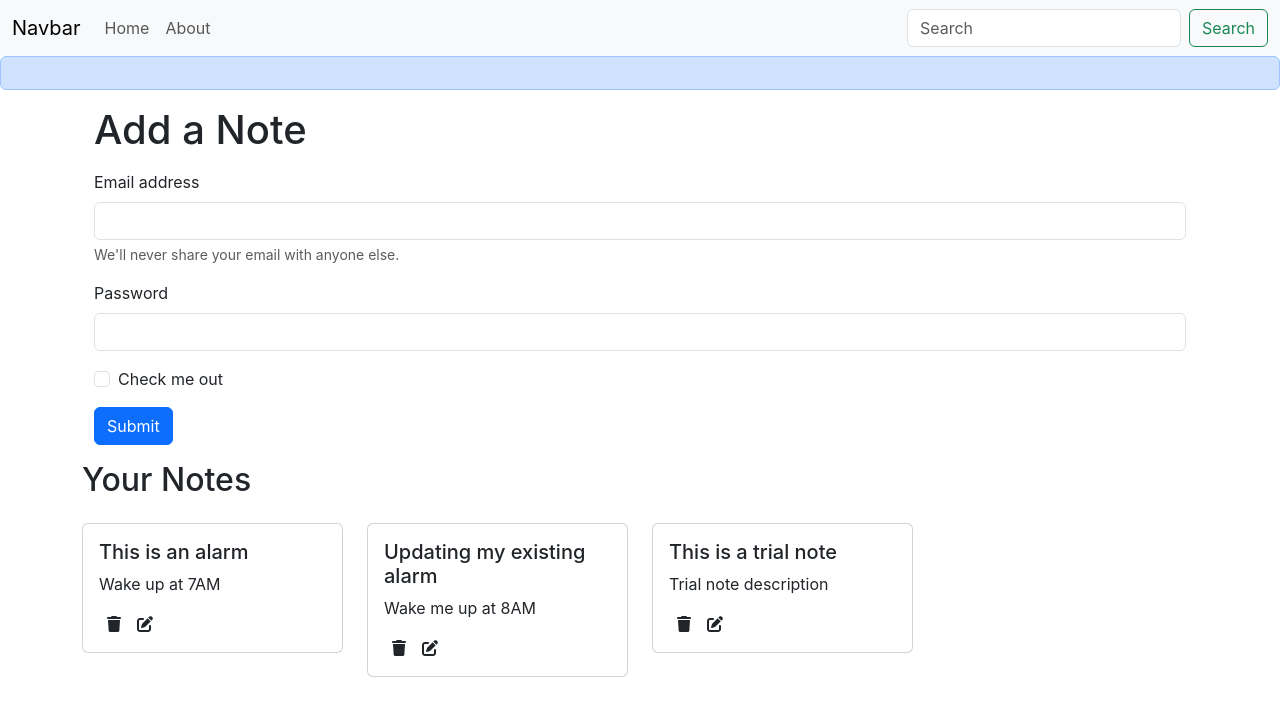
Repository: bhaveshdaipuria/inotebook
Page: /home
The author's editor kept a copy of each file at every save. The page is drawn from the files as they stood at one save, then again after the next save.
The browser window is 1280 px wide. The pictures show the whole page.
Some web libraries are served in a nearby version. The project was rebuilt for these pictures with package versions that can differ from the ones it lists, and the page was loaded fresh each time. Also part of the build but not shown: src/App.css, src/components/About.js.

Above is the page before, as saved 2023-05-03 16:25:43.

After the next save:
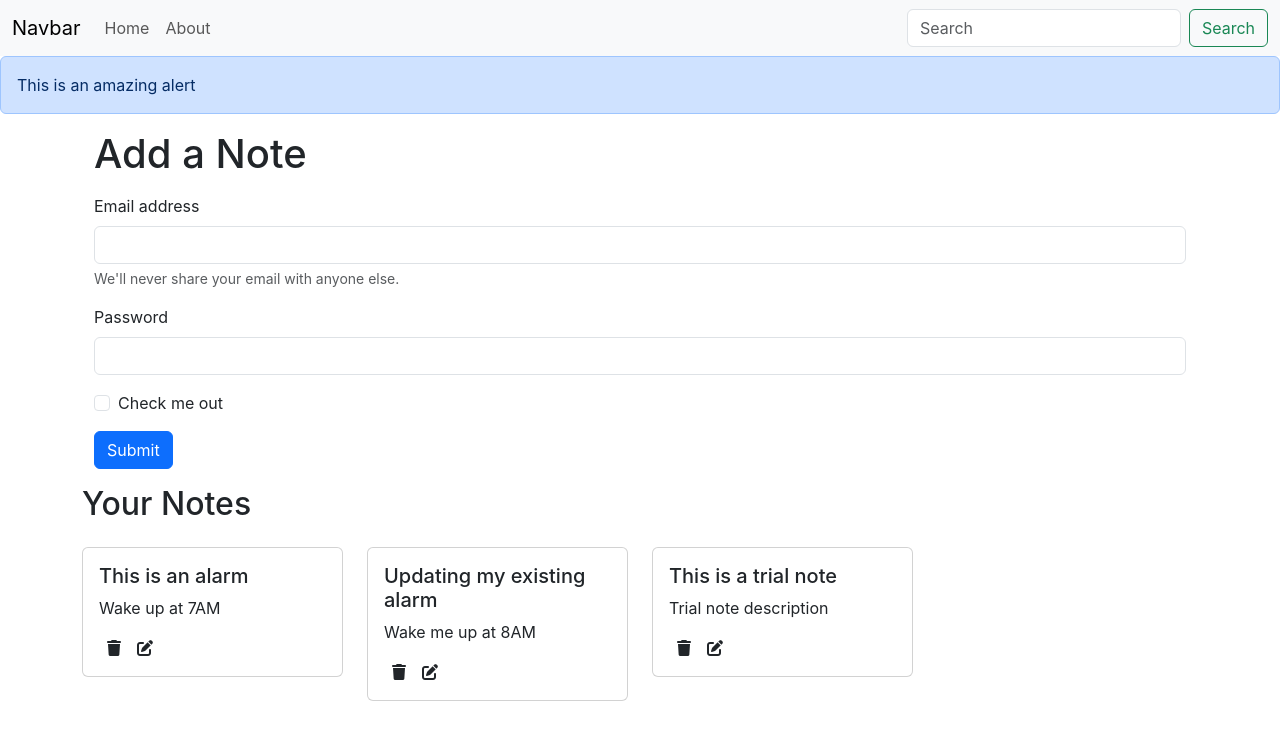
Saved 45 s later.
--- a/src/App.js
+++ b/src/App.js
@@ -12,7 +12,7 @@ function App() {
     <NoteState>
     <BrowserRouter>
     <Navbar/>
-    <Alert/>
+    <Alert message="This is an amazing alert"/>
     <div className='container'>
       <Routes>
       <Route exact path = '/home' element={<Home/>}/>
